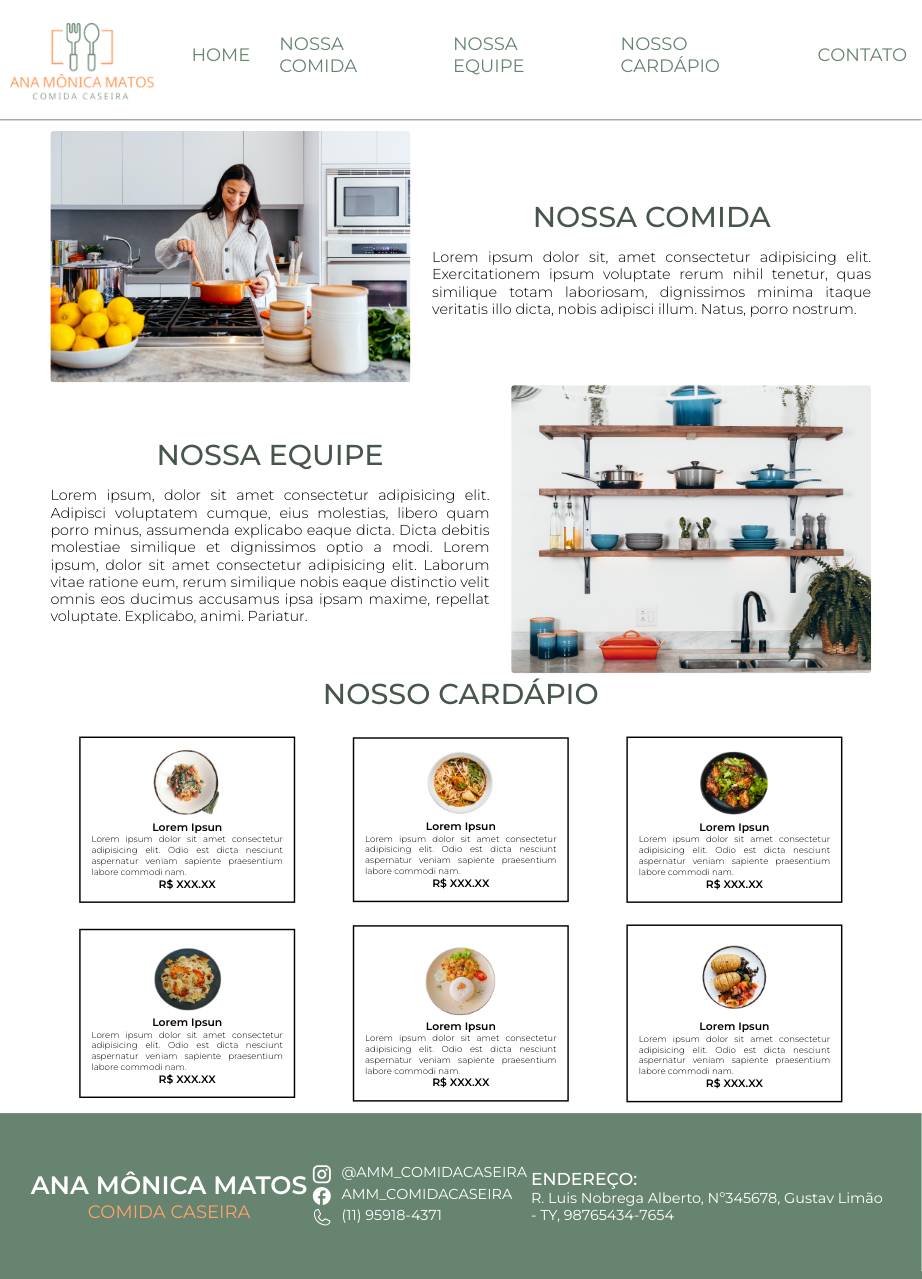
Repository: Matheus904-12/Projeto-OnePage
Page: index.html
These files come from the project's save history. The page is drawn as it stood at one moment and after the next save; the edit follows.
The browser window is 1280 px wide. The pictures show the whole page, at 72% of full size.
Some web libraries are served in a nearby version.

Above is the page before, as saved 2023-08-22 21:20:54.

After the next save:
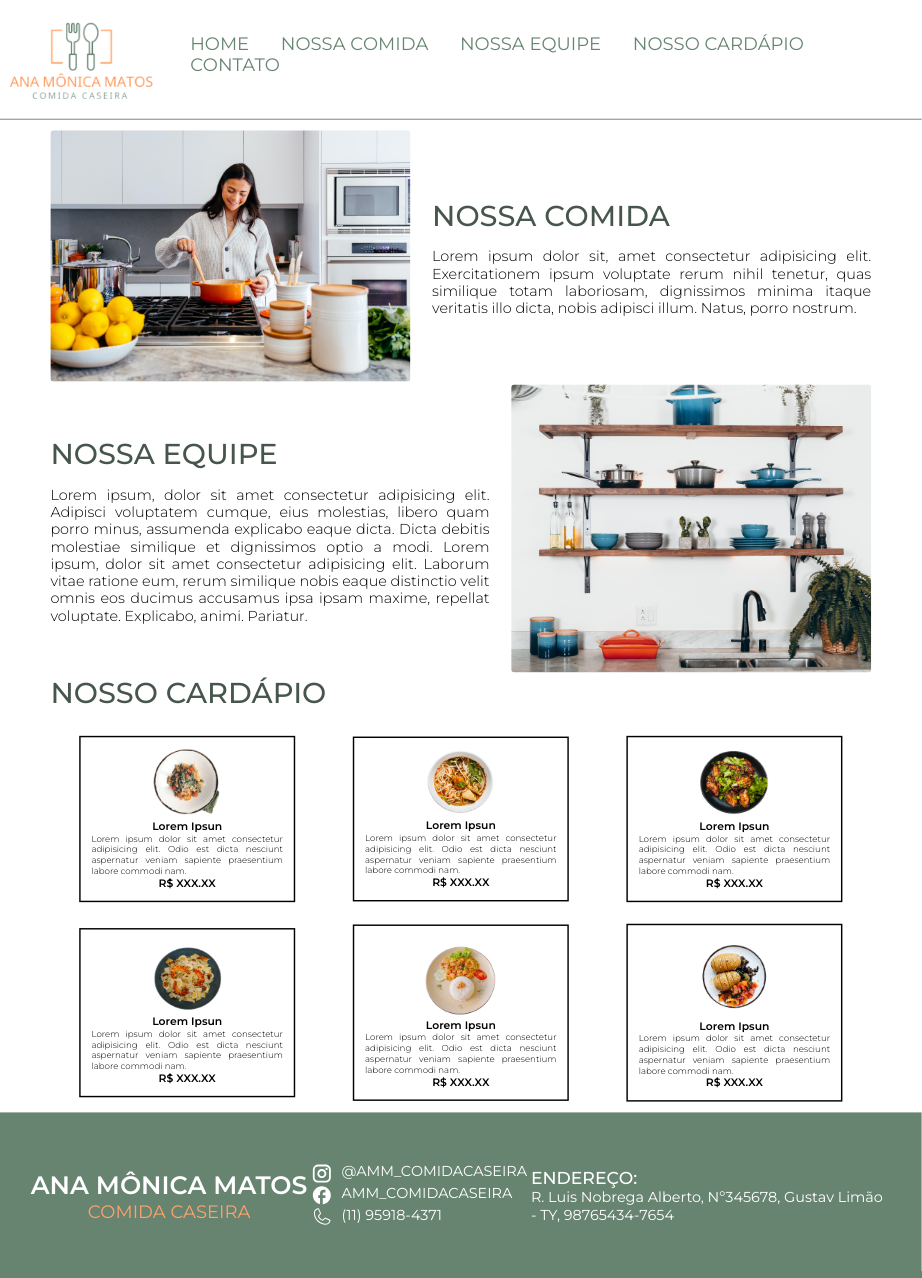
Saved 42 s later.
--- a/index.html
+++ b/index.html
@@ -7,22 +7,17 @@
     <meta http-equiv="X-UA-Compatible" content="IE=edge">
     <meta name="viewport" content="width=device-width, initial-scale=1.0">
 
-    <title>COMIDA CASEIRA</title>
-
-    <!--JAVASCRIPT-->
-
-    <link rel="stylesheet" href="script.js">
-
-    <!--VERSÃO TABLET-->
-
-    <link rel="stylesheet" href="tablet.css" media="screen and (min-width: 401px) and (max-width: 768px)">
-
-    <!--TROCAR ICONE-->
+    <title>Comida Caseira</title>
 
     <link rel="icon" href="Imagens/icone.svg">
 
+
     <!-- CSS -->
     <link rel="stylesheet" href="style.css">
+
+    <script src="script.js"></script>
+    <script src="https://kit.fontawesome.com/78f0f143f5.js" crossorigin="anonymous"></script>
+
 </head>
 
 <body>
@@ -31,11 +26,17 @@
     <header id="header">
         <nav class="menu container">
             <img src="Imagens/logo.png" alt="logo" class="logo">
-            <a href="#header" class="item">HOME</a>
-            <a href="#nossaComida" class="item">NOSSA COMIDA</a>
-            <a href="#nossaEquipe" class="item">NOSSA EQUIPE</a>
-            <a href="#cardapio" class="item">NOSSO CARDÁPIO</a>
-            <a href="#contato" class="item">CONTATO</a>
+            <section class="opcoes" id="opc">
+                <a href="#header" class="item">HOME</a>
+                <a href="#nossaComida" class="item">NOSSA COMIDA</a>
+                <a href="#nossaEquipe" class="item">NOSSA EQUIPE</a>
+                <a href="#cardapio" class="item">NOSSO CARDÁPIO</a>
+                <a href="#contato" class="item">CONTATO</a>
+            </section>
+
+            <a class="menu-barras" onclick="mostrarMenu()">
+                <span id="icone" class="fas fa-bars"></span>
+            </a>
         </nav>
     </header>
     <!-- FIM CABEÇALHO -->
@@ -56,7 +57,7 @@
                 </div>
 
                 <div class="conteudo">
-                    <center><h2 class="titulo"> NOSSA COMIDA</h2></center>
+                    <h2 class="titulo"> NOSSA COMIDA</h2>
                     <p class="txt">Lorem ipsum dolor sit, amet consectetur adipisicing elit. Exercitationem ipsum
                         voluptate
                         rerum nihil tenetur, quas similique totam laboriosam, dignissimos minima itaque veritatis illo
@@ -68,10 +69,10 @@
 
         <!-- nossa equipe -->
 
-       <section id="nossaEquipe" class="section">
+        <section id="nossaEquipe" class="section">
             <div class="container">
                 <div class="conteudo">
-                     <center><h2 class="titulo">NOSSA EQUIPE</h2></center>
+                    <h2 class="titulo">NOSSA EQUIPE</h2>
                     <p class="txt">Lorem ipsum, dolor sit amet consectetur adipisicing elit. Adipisci voluptatem cumque,
                         eius molestias, libero quam porro minus, assumenda explicabo eaque dicta. Dicta debitis
                         molestiae similique et dignissimos optio a modi. Lorem ipsum, dolor sit amet consectetur
@@ -90,7 +91,7 @@
 
         <section id="cardapio" class="section">
             <div class="cardapio">
-                <center><h2 class="titulo">NOSSO CARDÁPIO</h2></center>
+                <h2 class="titulo" id="tCardapio">NOSSO CARDÁPIO</h2>
                 <div class="pratos">
                     <div class="prato">
                         <img src="Imagens/prato1.png" alt="PRATO1" class="comida">
